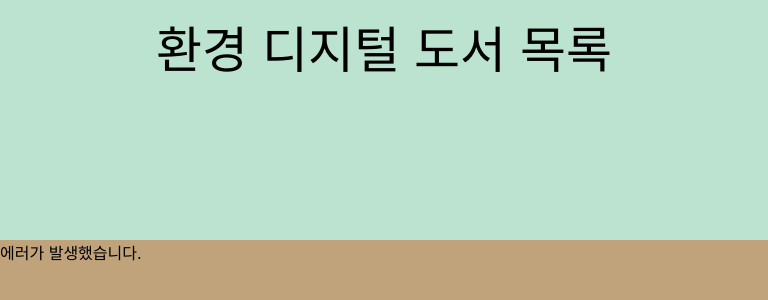
Repository: sojihwan/API
Page: / (app in contents/)
The author's editor kept a copy of each file at every save. The page is drawn from the files as they stood at one save, then again after a run of saves.
The browser window is 768 px wide. The pictures show the whole page.
The page's requests for data from a server got no answer. The project was rebuilt for these pictures with package versions that can differ from the ones it lists, and the page was loaded fresh each time. No one was signed in, and anything a server would have sent is missing. Also part of the build but not shown: contents/src/css/Select.css, contents/src/css/Modal.css, contents/src/content/Modal.js.

Above is the page before, as saved 2022-05-26 13:30:07.

After the next 2 saves:
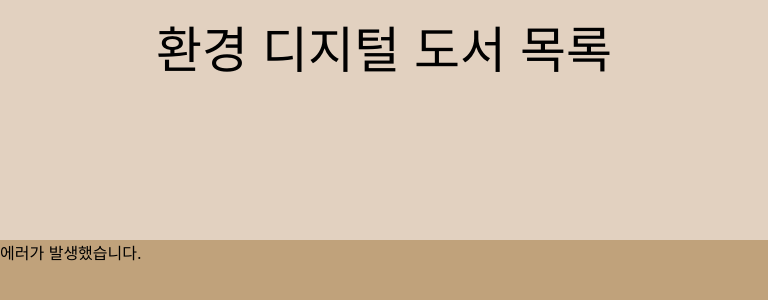
The 2 saves are shown as one change because they came seconds apart.
The last was saved 12 s later.
--- a/contents/src/css/Header.css
+++ b/contents/src/css/Header.css
@@ -1,7 +1,7 @@
 @media ( max-width: 770px ) {
   .Header{
     height: 30%;
-    background-color: rgba(116, 198, 156, 0.486);
+    background-color: rgba(195, 161, 126, 0.486);
     width: 100%;
     position: fixed;
     left: 0px;
